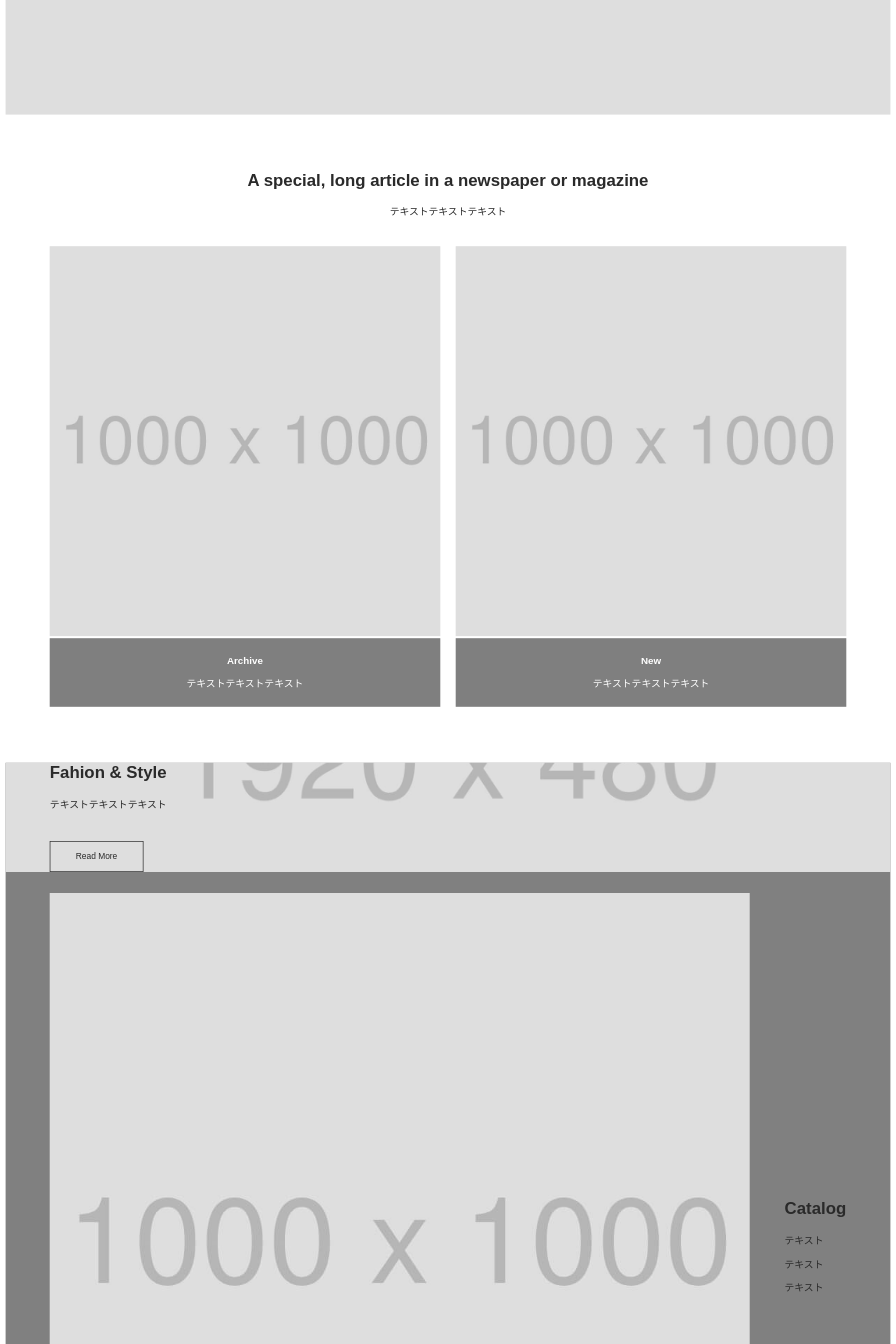
Repository: Fuki-san/bookstore
Page: http://localhost/book
The author's editor kept a copy of each file at every save. The page is drawn from the files as they stood at one save, then again after the next save.
The browser window is 1280 px wide. The pictures show the part of the page from y = 564 to 2484 px (the page is 4017 px tall), at 70% of full size.
The page is served by the project's Laravel application, run on PHP 8.4 with Laravel 10. Other server files are loaded and not shown.

Above is the page before, as saved 2023-11-21 13:55:51.

### routes/web.php
<?php

use Illuminate\Support\Facades\Route;

/*
|--------------------------------------------------------------------------
| Web Routes
|--------------------------------------------------------------------------
|
| Here is where you can register web routes for your application. These
| routes are loaded by the RouteServiceProvider and all of them will
| be assigned to the "web" middleware group. Make something great!
|
*/

Route::get('/', function () {
    return view('welcome');
});

Route::get('book', function() {
    return view('bookstore');
})->name('book');

### resources/views/bookstore.blade.php
@extends('layouts.main')

@section('title', 'bookstore')

@section('content')
    <header id="header">
        <h1 class="site-title"><a href="#"><img src="img/logo.svg"></a></h1>
    </header>

    <main>
        <section class="wrapper" id="magazine">
            <h2 class="sec-title">A special, long article in a newspaper or magazine</h2>
            <p>テキストテキストテキスト</p>
            <div class="flex-item">
                <a href="#" class="item"><img src="img/magazine-archive.jpg"><div class="text"><p class="title">Archive</p><p>テキストテキストテキスト</p></div></a>
                <a href="#" class="item"><img src="img/magazine-new.jpg"><div class="text"><p class="title">New</p><p>テキストテキストテキスト</p></div></a>
            </div>
        </section>
        <section class="wrapper" id="fashion">
            <h2 class="sec-title">Fahion & Style</h2>
            <p>テキストテキストテキスト</p>
            <a href="#" class="btn">Read More</a>
        </section>
        <section id="catalog-antique">
            <div class="flex-item wrapper">
                <div class="item">
                    <img src="img/catalog.jpg">
                </div>
                <div class="item">
                    <h2 class="sec-title">Catalog</h2>
                    <p>テキスト</p>
                    <p>テキスト</p>
                    <p>テキスト</p>
                </div>
            </div>
        </section>

        <section id="catalog-antique">
            <div class="flex-item wrapper">
                <div class="item">
                    <h2 class="sec-title">Antique</h2>
                    <p>テキストテキストテキスト</p>
                    <p>テキストテキストテキスト</p>
                    <a href="#" class="btn">Read More</a>
                </div>
                <div class="item">
                    <img src="img/antique.jpg">
                </div>
            </div>
        </section>
    </main>

    <footer id="footer">
        <div class="flex-item wrapper">
            <div class="item"><a href="#"><img src="img/logo.svg"></a></div>
            <div class="item">
                <p class="title">タイトル</p>
                <ul>
                    <li>テキストテキストテキスト</li>
                    <li>テキストテキストテキスト</li>
                    <li>テキストテキストテキスト</li>
                </ul>
            </div>
            <div class="item">
                <p>テキストテキストテキストテキストテキスト</p>
            </div>
        </div>
        <p class="copyright">&copy; Mag88</p>
    </footer>
@endsection

### resources/views/layouts/main.blade.php
<!DOCTYPE html>
<html lang="ja">
<head>
    <meta charset="UTF-8">
    <meta name="viewport" content="width=device-width, initial-scale=1.0">
    <meta http-equiv="X-UA-Compatible" content="ie=edge">
    <link rel="stylesheet" href="{{ asset('css/reset.css') }}">
    <link rel="stylesheet" href="{{ asset('css/style.css') }}">
    <link rel="icon" href="img/favicon.ico">
    <title>@yield('title')</title>
</head>
<body>
    @yield('content')
</body>
</html>

### public/css/style.css
@charset "utf-8";

html{
    font-size: 100%;
}
body{
    font-size: 0.875rem;
    color: #2a2a2a;
    font-family: "Arial", "Hiragino Sans", "Hiragino Kaku Gothic ProN", "Meiryo", sans-serif;
}
a{
    text-decoration: none;
}
a:hover{
    opacity: 0.7;
}
img{
    max-width: 100%;
}
li{
    list-style: none;
}
/* content */
.wrapper{
    padding: 0 5%;
    margin: 0 auto;
    max-width: 1200px;
}
.sec-title{
    font-size: 1.5rem;
    margin-bottom: 20px;
}
/* btn */

.btn{
    padding: 14px 36px;
    border: solid 1px #2a2a2a;
    color: #2a2a2a;
    display: inline-block;
    font-size: 0.750rem;
    margin-top: 30px;
}
/* ヘッダー */

#header{
    background-image: url(../img/mainvisual.jpg);
    background-position: center top;
    background-repeat: no-repeat;
    background-size: cover;
    position: relative;
    margin-bottom: 80px;
    height: 100vh;
}
#header .site-title{
    position: absolute;
    top: 30px;
    right: 30px;
}

.flex-item{
    display: flex;
    justify-content: space-between;
    align-items: center;
}
/* magazine */
#magazine{
    text-align: center;
    margin-bottom: 80px;
}
#magazine .flex-item{
    display: flex;
    justify-content: space-between;
    margin-top: 40px;
}
#magazine .flex-item .item{
    width: 49%;
    position: relative;
}

#magazine .flex-item .item .text{
    background-color: rgba(0, 0, 0, 0.5);
    color: #fff;
    text-align: center;
    padding: 10px 15px;
    max
}
#magazine .title{
    font-weight: bold;
}
#fashion{
    background-image: url(../img/fashion.jpg);
    background-position: center bottom;
    background-repeat: no-repeat;
    background-size: cover;
    background-color: gray;
}

#catalog-antique{
    background-color: gray;
    padding-top: 30px;
}
#footer{
    background-color: #242424;
}
#footer .item{
    width: 32%;
}

.copyright{
    background-color: #fff;
    text-align: center;
}

### public/img/logo.svg
<?xml version="1.0" encoding="utf-8"?>
<!-- Generator: Adobe Illustrator 15.1.0, SVG Export Plug-In . SVG Version: 6.00 Build 0)  -->
<!DOCTYPE svg PUBLIC "-//W3C//DTD SVG 1.1//EN" "http://www.w3.org/Graphics/SVG/1.1/DTD/svg11.dtd">
<svg version="1.1" id="レイヤー_1" xmlns="http://www.w3.org/2000/svg" xmlns:xlink="http://www.w3.org/1999/xlink" x="0px"
	 y="0px" width="120px" height="40px" viewBox="0 0 120 40" enable-background="new 0 0 120 40" xml:space="preserve">
<text transform="matrix(1 0 0 1 11.667 -25.8213)" fill="#2B3137" font-family="'Arial-BoldMT'" font-size="31.8021">Mag88</text>
<rect fill="#2A2A2A" width="120" height="40"/>
<g>
	<path fill="#FFFFFF" d="M13.351,29.333V6.568h6.879l4.13,15.529l4.084-15.529h6.895v22.765h-4.271v-17.92l-4.519,17.92h-4.425
		l-4.503-17.92v17.92H13.351z"/>
	<path fill="#FFFFFF" d="M43.134,17.872l-3.96-0.714c0.445-1.595,1.211-2.774,2.299-3.54c1.087-0.766,2.701-1.149,4.845-1.149
		c1.946,0,3.396,0.23,4.348,0.69c0.952,0.461,1.623,1.047,2.011,1.756c0.389,0.709,0.582,2.01,0.582,3.904l-0.046,5.094
		c0,1.449,0.069,2.518,0.21,3.207c0.139,0.688,0.4,1.426,0.783,2.213h-4.316c-0.113-0.29-0.254-0.72-0.419-1.289
		c-0.073-0.259-0.124-0.43-0.155-0.513c-0.746,0.725-1.543,1.269-2.392,1.63c-0.849,0.363-1.755,0.544-2.718,0.544
		c-1.697,0-3.035-0.46-4.014-1.382s-1.467-2.086-1.467-3.494c0-0.932,0.222-1.762,0.667-2.492c0.444-0.73,1.069-1.289,1.871-1.677
		c0.802-0.389,1.959-0.728,3.471-1.018c2.039-0.383,3.452-0.739,4.239-1.071v-0.435c0-0.839-0.207-1.437-0.621-1.794
		s-1.195-0.535-2.345-0.535c-0.776,0-1.382,0.152-1.817,0.458C43.755,16.571,43.403,17.106,43.134,17.872z M48.973,21.413
		c-0.559,0.187-1.444,0.409-2.655,0.668c-1.212,0.259-2.003,0.512-2.376,0.761c-0.569,0.403-0.854,0.916-0.854,1.537
		c0,0.61,0.227,1.14,0.683,1.584c0.456,0.445,1.035,0.667,1.739,0.667c0.787,0,1.537-0.258,2.252-0.775
		c0.527-0.394,0.875-0.875,1.04-1.444c0.114-0.373,0.171-1.081,0.171-2.128V21.413z"/>
	<path fill="#FFFFFF" d="M57.157,30.419l4.984,0.605c0.083,0.58,0.274,0.979,0.574,1.196c0.414,0.311,1.066,0.466,1.957,0.466
		c1.139,0,1.992-0.171,2.563-0.512c0.383-0.229,0.673-0.596,0.869-1.104c0.135-0.362,0.202-1.029,0.202-2.003v-2.407
		c-1.304,1.781-2.95,2.672-4.938,2.672c-2.215,0-3.97-0.938-5.264-2.811c-1.015-1.48-1.521-3.324-1.521-5.529
		c0-2.764,0.664-4.875,1.995-6.335c1.33-1.46,2.983-2.189,4.962-2.189c2.039,0,3.721,0.896,5.046,2.687v-2.314h4.084V27.64
		c0,1.946-0.161,3.4-0.481,4.363s-0.771,1.719-1.351,2.268c-0.58,0.549-1.354,0.979-2.321,1.289
		c-0.969,0.311-2.192,0.466-3.673,0.466c-2.795,0-4.778-0.479-5.947-1.437c-1.17-0.957-1.755-2.172-1.755-3.642
		C57.141,30.802,57.147,30.626,57.157,30.419z M61.054,20.745c0,1.75,0.339,3.031,1.017,3.844c0.679,0.813,1.515,1.219,2.508,1.219
		c1.066,0,1.967-0.416,2.703-1.25c0.734-0.834,1.102-2.068,1.102-3.703c0-1.709-0.352-2.977-1.056-3.805s-1.595-1.242-2.671-1.242
		c-1.045,0-1.907,0.406-2.586,1.219C61.393,17.839,61.054,19.079,61.054,20.745z"/>
	<path fill="#FFFFFF" d="M79.797,17.05c-1.129-0.477-1.949-1.131-2.462-1.965c-0.513-0.833-0.769-1.746-0.769-2.74
		c0-1.697,0.593-3.101,1.778-4.208c1.185-1.107,2.87-1.662,5.054-1.662c2.164,0,3.844,0.554,5.039,1.662
		c1.196,1.108,1.794,2.511,1.794,4.208c0,1.056-0.274,1.995-0.823,2.818c-0.549,0.822-1.32,1.451-2.313,1.887
		c1.263,0.508,2.224,1.248,2.88,2.221c0.658,0.973,0.986,2.096,0.986,3.369c0,2.102-0.67,3.811-2.011,5.125
		s-3.124,1.972-5.349,1.972c-2.071,0-3.795-0.544-5.172-1.63c-1.625-1.284-2.438-3.045-2.438-5.28c0-1.231,0.305-2.362,0.916-3.394
		C77.52,18.403,78.482,17.608,79.797,17.05z M80.293,22.407c0,1.201,0.309,2.138,0.924,2.811c0.616,0.673,1.385,1.01,2.307,1.01
		c0.9,0,1.646-0.324,2.236-0.971c0.59-0.647,0.885-1.582,0.885-2.803c0-1.066-0.301-1.924-0.9-2.57
		c-0.602-0.646-1.361-0.971-2.283-0.971c-1.066,0-1.861,0.367-2.383,1.103C80.555,20.751,80.293,21.548,80.293,22.407z
		 M80.698,12.655c0,0.869,0.246,1.547,0.737,2.034c0.491,0.486,1.146,0.729,1.964,0.729c0.828,0,1.491-0.246,1.988-0.737
		s0.745-1.173,0.745-2.042c0-0.818-0.246-1.473-0.737-1.965c-0.492-0.491-1.142-0.737-1.949-0.737c-0.838,0-1.506,0.249-2.003,0.745
		C80.946,11.18,80.698,11.837,80.698,12.655z"/>
	<path fill="#FFFFFF" d="M97.484,17.05c-1.128-0.477-1.948-1.131-2.462-1.965c-0.512-0.833-0.768-1.746-0.768-2.74
		c0-1.697,0.592-3.101,1.777-4.208c1.186-1.107,2.871-1.662,5.055-1.662c2.164,0,3.844,0.554,5.039,1.662
		c1.195,1.108,1.793,2.511,1.793,4.208c0,1.056-0.273,1.995-0.822,2.818c-0.549,0.822-1.32,1.451-2.314,1.887
		c1.264,0.508,2.224,1.248,2.881,2.221c0.658,0.973,0.986,2.096,0.986,3.369c0,2.102-0.67,3.811-2.012,5.125
		c-1.34,1.314-3.123,1.972-5.349,1.972c-2.071,0-3.794-0.544-5.171-1.63c-1.625-1.284-2.438-3.045-2.438-5.28
		c0-1.231,0.305-2.362,0.916-3.394C95.207,18.403,96.168,17.608,97.484,17.05z M97.981,22.407c0,1.201,0.308,2.138,0.924,2.811
		c0.615,0.673,1.385,1.01,2.307,1.01c0.9,0,1.646-0.324,2.235-0.971c0.591-0.647,0.886-1.582,0.886-2.803
		c0-1.066-0.301-1.924-0.901-2.57s-1.361-0.971-2.282-0.971c-1.066,0-1.861,0.367-2.384,1.103S97.981,21.548,97.981,22.407z
		 M98.385,12.655c0,0.869,0.245,1.547,0.736,2.034c0.492,0.486,1.146,0.729,1.965,0.729c0.828,0,1.49-0.246,1.988-0.737
		c0.496-0.491,0.744-1.173,0.744-2.042c0-0.818-0.246-1.473-0.736-1.965c-0.492-0.491-1.143-0.737-1.949-0.737
		c-0.839,0-1.506,0.249-2.004,0.745C98.633,11.18,98.385,11.837,98.385,12.655z"/>
</g>
</svg>

After the next save:
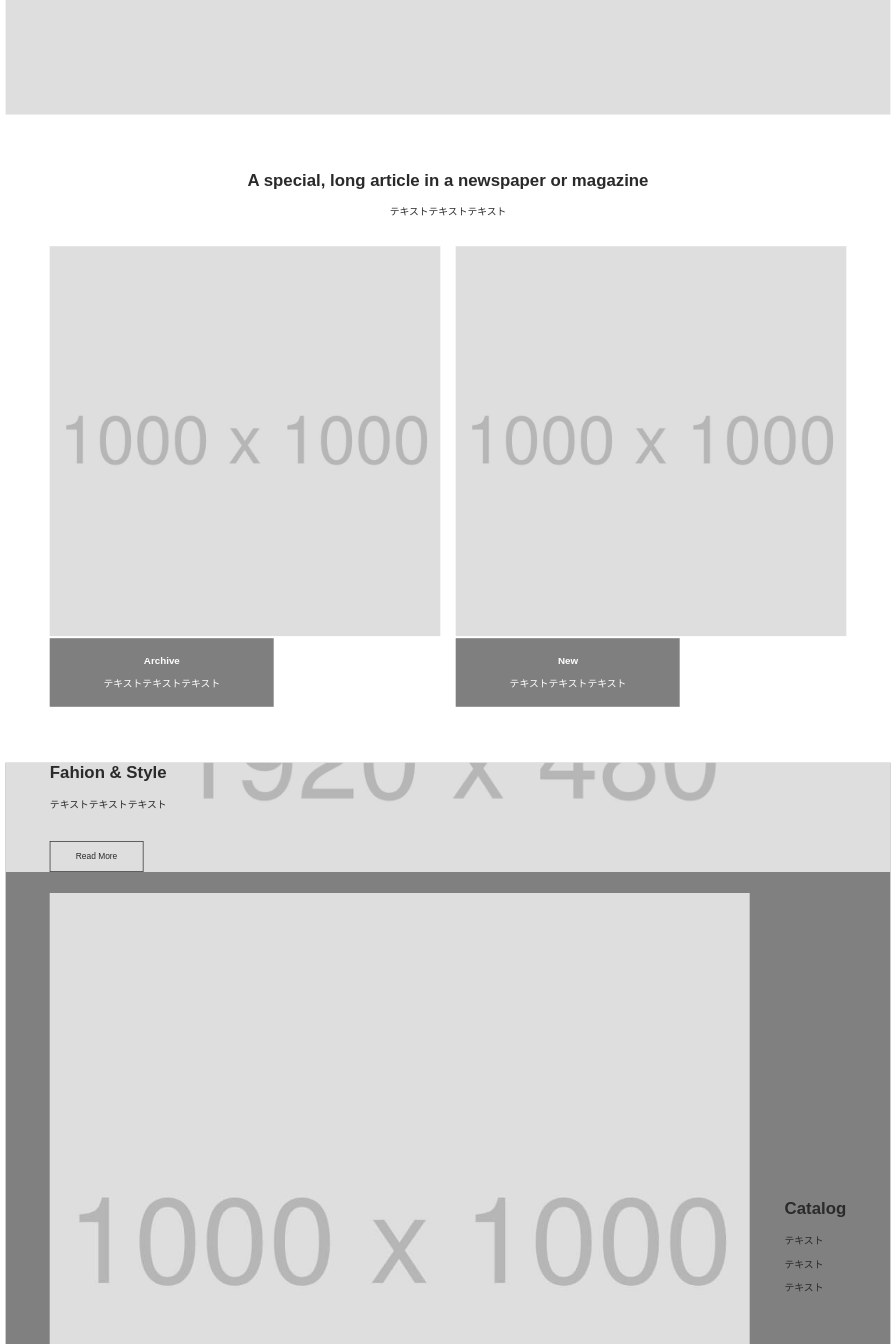
Saved 4 s later.
--- a/public/css/style.css
+++ b/public/css/style.css
@@ -82,7 +82,7 @@ li{
     color: #fff;
     text-align: center;
     padding: 10px 15px;
-    max
+    max-width: 290px;
 }
 #magazine .title{
     font-weight: bold;
